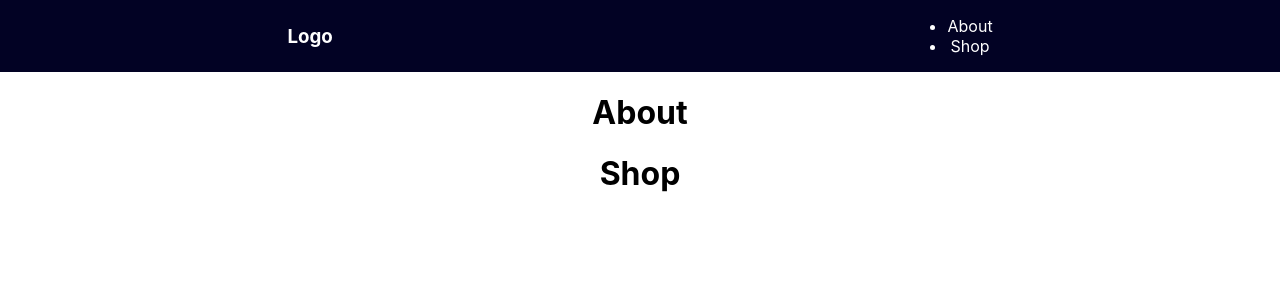
Repository: patrik-fredlund/React-router-tutorial
Page: /shop
These files come from the project's save history. The page is drawn as it stood at one moment and after the next save; the edit follows.
The browser window is 1280 px wide. The pictures show the whole page.
The project was rebuilt for these pictures with package versions that can differ from the ones it lists, and the page was loaded fresh each time.

Above is the page before, as saved 2021-04-02 17:11:19.

After the next save:
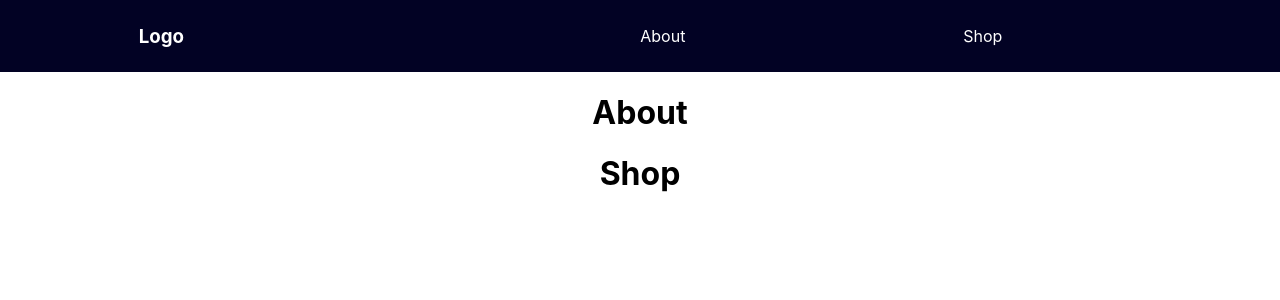
Saved 4 min 51 s later.
--- a/src/App.css
+++ b/src/App.css
@@ -10,3 +10,11 @@
   background: rgb(2, 2, 36);
   color: white;
 }
+
+.nav-links {
+  width: 50%;
+  display: flex;
+  justify-content: space-around;
+  align-items: center;
+  list-style: none;
+}
